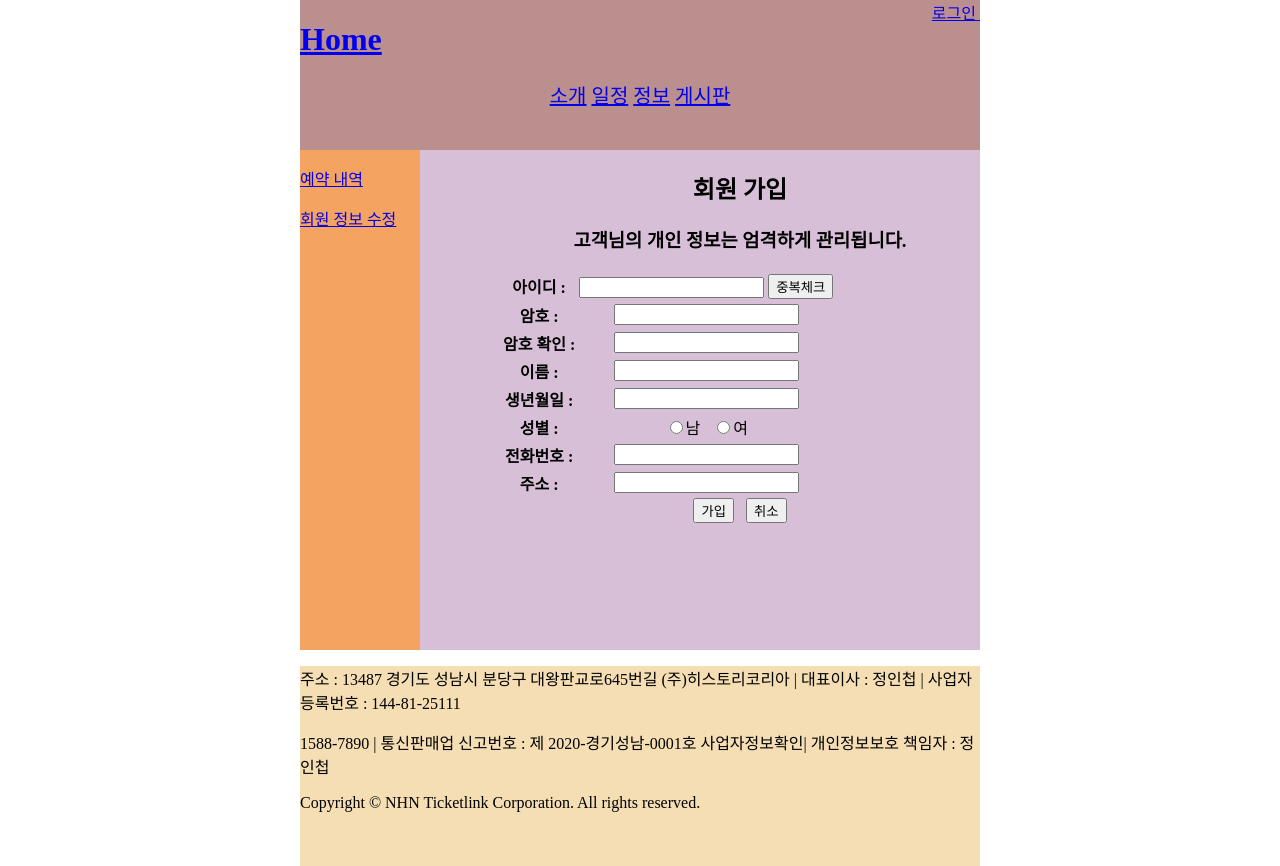
Repository: dlscjq34/JSP_historyTour
Page: http://localhost/HistoryTour/WEB-INF/views/member/joinMember.jsp
These files come from the project's save history. The page is drawn as it stood at one moment and after the next save; the edit follows.
The browser window is 1280 px wide. The pictures show the whole page.
The page is served by Tomcat 9. Nobody is signed in. Other server files are loaded and not shown. The template is opened directly, without the code that normally fills it, so the values that code supplies are empty.

Above is the page before, as saved 2020-12-21 03:44:39.

### HistoryTour/WebContent/WEB-INF/views/member/joinMember.jsp
<%@ page language="java" contentType="text/html; charset=UTF-8"
    pageEncoding="UTF-8"%>
<!DOCTYPE html>
<html lang="en">
<head>
    <jsp:include page="/WEB-INF/views/include/head.jsp" />
    <link rel="stylesheet" href="css/joinMember.css">
</head>
<body>
    <!-- <header> -->
    <jsp:include page="/WEB-INF/views/include/header.jsp" />


    <!-- center = <aside> + <article> -->
    <div class="center">
        <aside>
            <p><a href="ticket.do">예약 내역</a></p>
            <p><a href="editMember.do">회원 정보 수정</a></p>
        </aside>

        <article>
            <h1>회원 가입</h1>
                    <h3>고객님의 개인 정보는 엄격하게 관리됩니다.</h3>
                <form action="joinMemberPro.do" method="post" name="frm" onsubmit="return lenCheck()">

                    <table>
	               		<tr>
	               			<th>아이디 :
	               			<td><input type="text" name="id" id="id" />
	               				<input type="button" onclick="dupCheck()" value="중복체크">
	               		</tr>
	               		<tr>
	               			<th>암호 :
	               			<td><input type="password" name="pswd1" id="pswd1" required/>
	               		</tr>
	               		<tr>
	               			<th>암호 확인 :
	               			<td><input type="password" name="pswd2" id="pswd2" required onkeyup="pwCheck()"/>
	               				<span id="pwStatus"></span>
	               		</tr>
	               		<tr>
	               			<th>이름 :
	               			<td><input type="text" name="name" id="name" required/>
	               		</tr>
	               		<tr>
	               			<th>생년월일 :
	               			<td><input type="text" name="birth" id="birth" required/>
	               		</tr>
	               		<tr>
	               			<th>성별 :
	               			<td><input type="radio" name="gender" id="man" value="1" required />남 &nbsp;
	               				<input type="radio" name="gender" id="woman" value="2" required />여
	               		</tr>
	               		<tr>
	               			<th>전화번호 :
	               			<td><input type="text" name="tel" id="tel" required>
	               		</tr>
	               		<tr>
	               			<th>주소 :
	               			<td><input type="text" name="address" id="address" required>
	               		</tr>
               		</table>
                <input type="submit" name="enroll" class="enroll" value="가입"> &nbsp;
                <input type="reset" value="취소">
                </form>
        </article>
    </div>


    <!-- <footer> -->
    <jsp:include page="/WEB-INF/views/include/footer.jsp" />

</body>

<script>
	function dupCheck() {
		let id = document.frm.id.value;
		if(id == '') {
			alert("아이디를 입력하세요");
			document.frm.id.focus();
			return;
		}
		window.open('joinCheck.do?id='+id, 'joinCheck', 'width=600, height=300');
	}

	function lenCheck() {
		let id = document.frm.id.value.trim();

		if(!(id.length >= 3 && id.length <=12)) {
			alert("아이디는 3에서 12글자만 입력 가능합니다.");
			document.frm.id.select();
			return false;
		}
	}

	function pwCheck() {
		pw1 = document.frm.pswd1.value;
		pw2 = document.frm.pswd2.value;
		pwStatus = document.getElementById("pwStatus");

		if(pw1 == pw2) {
			pwStatus.innerHTML = "패스워드 확인";
			pwStatus.style.color = "blue"
		}
		else {
			pwStatus.innerHTML = "패스워드 틀림";
			pwStatus.style.color = "red"
		}
	}

/* 	<tr>
		<th>암호 :
		<td><input type="password" name="pswd1" id="pswd1" required/>
	</tr>
	<tr>
		<th>암호 확인 :
		<td><input type="password" name="pswd2" id="pswd2" required onkeyup="pwCheck()"/>
			<span class="pwStatus"></span>
	</tr> */
</script>

</html>

### HistoryTour/WebContent/WEB-INF/views/include/head.jsp
<%@ page language="java" contentType="text/html; charset=UTF-8"
    pageEncoding="UTF-8"%>
<meta charset="UTF-8">
<meta name="viewport" content="width=device-width, initial-scale=1.0">
<title>Document</title>
<link rel="stylesheet" href="css/common.css">

### HistoryTour/WebContent/WEB-INF/views/include/header.jsp
<%@ page language="java" contentType="text/html; charset=UTF-8"
    pageEncoding="UTF-8"%>
<%@ taglib prefix="c" uri="http://java.sun.com/jsp/jstl/core" %>
<%
	//쿠키에 아이디가 있으면 세션으로 빼온다.
	Cookie[] cookies = request.getCookies();

	if (cookies != null) {
		for(Cookie cookie : cookies) {
			if(cookie.getName().equals("id")) {
				String id = cookie.getValue();
				session.setAttribute("id", id);
			}
		}
	}

	String id = (String)session.getAttribute("id");
%>

<header>
    <div class="home-line">
        <h1><a href="index.do">Home</a></h1>
        <!-- 세션으로 빼온 아이디가 있으면 -->
<%
			if (id != null) {
%>
        		${ id } 님 반갑습니다.&nbsp;
        		<a href="myPage.do">마이페이지</a>&nbsp;
        		<a href="logoutPro.do">로그아웃</a>
<%
			} else {
%>
        	<!-- 세션으로 빼온 아이디가 없으면 -->
        		 <a href="login.do">로그인&nbsp;</a>
<%
			}
%>

    </div>
    <div class="menu">
        <a href="intro.do">소개</a>
        <a href="schedule.do">일정</a>
        <a href="information.do">정보</a>
        <a href="board.do">게시판</a>
    </div>
</header>

### HistoryTour/WebContent/WEB-INF/views/include/footer.jsp
<%@ page language="java" contentType="text/html; charset=UTF-8"
    pageEncoding="UTF-8"%>
<footer>
    <p>주소 : 13487 경기도 성남시 분당구 대왕판교로645번길 (주)히스토리코리아 | 대표이사 : 정인첩 | 사업자등록번호 : 144-81-25111</p>
    <p>1588-7890 |  통신판매업 신고번호 : 제 2020-경기성남-0001호 사업자정보확인| 개인정보보호 책임자 : 정인첩</p>
    <p>Copyright © NHN Ticketlink Corporation. All rights reserved.</p>
</footer>

### HistoryTour/WebContent/css/common.css
body {
  grid-template-columns: 1fr 1fr;
  box-sizing: border-box;
  margin: 0 300px;
}

/* header ----------------------------------------------- */

header {
  background: rosybrown;
  height: 150px;
}
header .home-line {
  display: flex;
}
header .home-line h1 {
  flex: 1;
}
header .menu {
  text-align: center;
  font-size: 20px;
}

/* <aside> <article> ----------------------------------------------- */

.center {
  display: flex;
  height: 500px;
  background: turquoise;
}
.center aside {
  background: sandybrown;
  flex: 2;
}
.center article {
  background: thistle;
  flex: 8;
  text-align: center;
}


/* footer ----------------------------------------------- */

footer {
  background: wheat;
  height: 200px;
}

### HistoryTour/WebContent/css/joinMember.css

.center article form fieldset input{
  margin: 1% 0;
}
.center article  {
  position: relative;
  padding-left: 80px;
  /* width: 100px;
  font-size: 20px; */
}

After the next save:
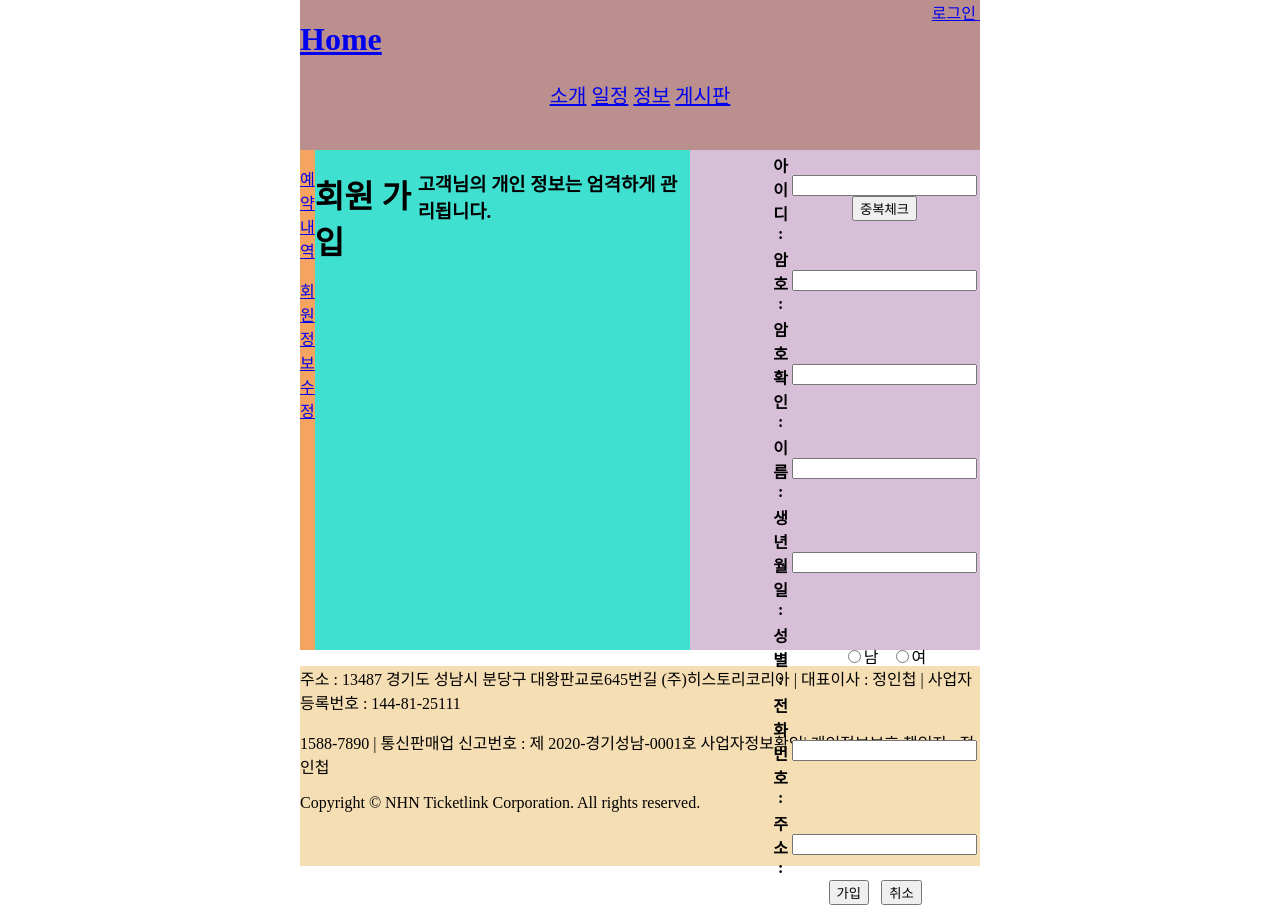
Saved 15 s later.
--- a/HistoryTour/WebContent/WEB-INF/views/member/joinMember.jsp
+++ b/HistoryTour/WebContent/WEB-INF/views/member/joinMember.jsp
@@ -18,9 +18,9 @@
             <p><a href="editMember.do">회원 정보 수정</a></p>
         </aside>
 
-        <article>
             <h1>회원 가입</h1>
                     <h3>고객님의 개인 정보는 엄격하게 관리됩니다.</h3>
+        <article>
                 <form action="joinMemberPro.do" method="post" name="frm" onsubmit="return lenCheck()">
 
                     <table>
